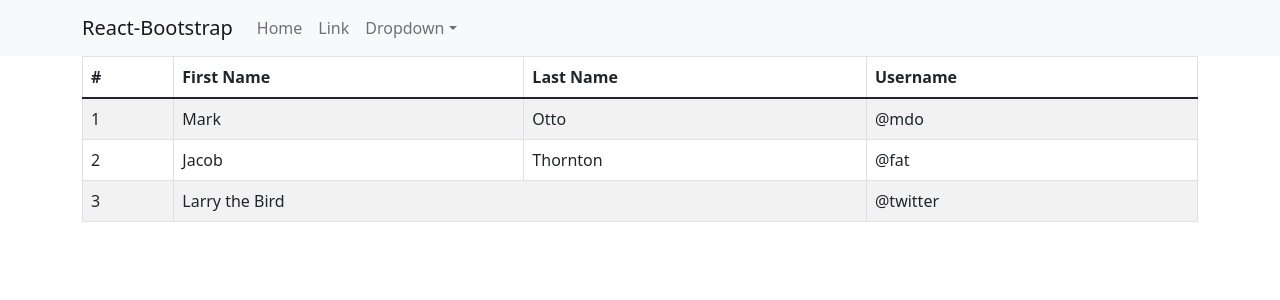
Repository: hieuche123/practice-reactjs
Page: /
The author's editor kept a copy of each file at every save. The page is drawn from the files as they stood at one save, then again after the next save.
The browser window is 1280 px wide. The pictures show the whole page.
The page's requests for data from a server got no answer. The project was rebuilt for these pictures with package versions that can differ from the ones it lists, and the page was loaded fresh each time. No one was signed in, and anything a server would have sent is missing.

Above is the page before, as saved 2023-03-21 16:49:33.

### src/index.js
import React from 'react';
import ReactDOM from 'react-dom';
import App from './App';
import 'bootstrap/dist/css/bootstrap.min.css';

ReactDOM.render(
  <React.StrictMode>
    <App />
  </React.StrictMode>,
  document.getElementById('root')
);

// If you want to start measuring performance in your app, pass a function
// to log results (for example: reportWebVitals(console.log))
// or send to an analytics endpoint. Learn more: https://bit.ly/CRA-vitals

### src/App.js

import { Container } from 'react-bootstrap';
import './App.scss';
import Header from './components/Header';
import TableUsers from './components/TableUsers';

function App() {
  return (
    <div className="app-container">
      <Header/>
      <Container>
        <TableUsers/>
      </Container>
    </div>
  );
}

export default App;

### src/components/Header.js
import Container from 'react-bootstrap/Container';
import Nav from 'react-bootstrap/Nav';
import Navbar from 'react-bootstrap/Navbar';
import NavDropdown from 'react-bootstrap/NavDropdown';
function Header() {
    return (
        <>
            <Navbar bg="light" expand="lg">
                <Container>
                    <Navbar.Brand href="#home">React-Bootstrap</Navbar.Brand>
                    <Navbar.Toggle aria-controls="basic-navbar-nav" />
                    <Navbar.Collapse id="basic-navbar-nav">
                    <Nav className="me-auto">
                        <Nav.Link href="#home">Home</Nav.Link>
                        <Nav.Link href="#link">Link</Nav.Link>
                        <NavDropdown title="Dropdown" id="basic-nav-dropdown">
                        <NavDropdown.Item href="#action/3.1">Action</NavDropdown.Item>
                        <NavDropdown.Item href="#action/3.2">
                            Another action
                        </NavDropdown.Item>
                        <NavDropdown.Item href="#action/3.3">Something</NavDropdown.Item>
                        <NavDropdown.Divider />
                        <NavDropdown.Item href="#action/3.4">
                            Separated link
                        </NavDropdown.Item>
                        </NavDropdown>
                    </Nav>
                    </Navbar.Collapse>
                </Container>
            </Navbar>
        </>
    );
}

export default Header;

### src/components/TableUsers.js
import axios from 'axios';
import { useEffect } from 'react';
import Table from 'react-bootstrap/Table';
import {fetchAllUser} from '../sevices/UserSevice'

function TableUsers() {

    useEffect(()=> {
        getUsers();
    },[])

    const getUsers = async() => {
        let res = await fetchAllUser();
        console.log(res)
    }
    return (
        <>
            <Table striped bordered hover>
                <thead>
                    <tr>
                    <th>#</th>
                    <th>First Name</th>
                    <th>Last Name</th>
                    <th>Username</th>
                    </tr>
                </thead>
                <tbody>
                    <tr>
                    <td>1</td>
                    <td>Mark</td>
                    <td>Otto</td>
                    <td>@mdo</td>
                    </tr>
                    <tr>
                    <td>2</td>
                    <td>Jacob</td>
                    <td>Thornton</td>
                    <td>@fat</td>
                    </tr>
                    <tr>
                    <td>3</td>
                    <td colSpan={2}>Larry the Bird</td>
                    <td>@twitter</td>
                    </tr>
                </tbody>
            </Table>


        </>
    );
}

export default TableUsers;

### src/sevices/UserSevice.js
import axios from 'axios';

const fetchAllUser = () => {
    return axios.get('https://reqres.in/api/users?page=1')
}

export {fetchAllUser};

Loaded but not shown: public/index.html (common file); src/App.scss (common file)

After the next save:
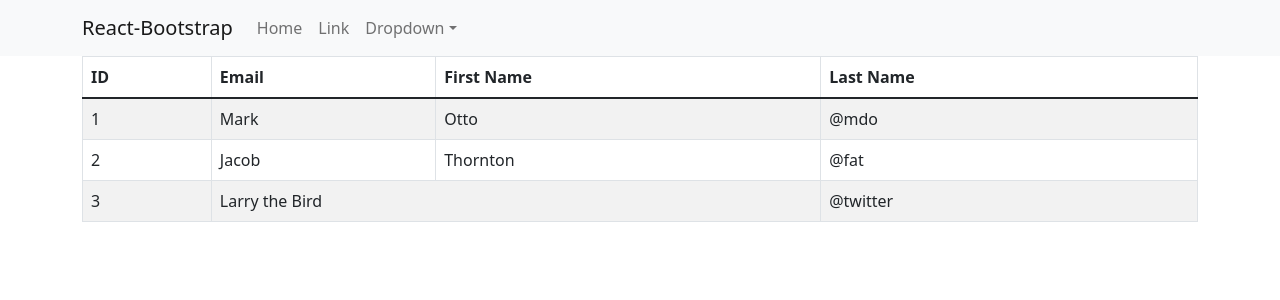
Saved 108 s later.
--- a/src/components/TableUsers.js
+++ b/src/components/TableUsers.js
@@ -18,10 +18,10 @@ function TableUsers() {
             <Table striped bordered hover>
                 <thead>
                     <tr>
-                    <th>#</th>
+                    <th>ID</th>
+                    <th>Email</th>
                     <th>First Name</th>
                     <th>Last Name</th>
-                    <th>Username</th>
                     </tr>
                 </thead>
                 <tbody>
